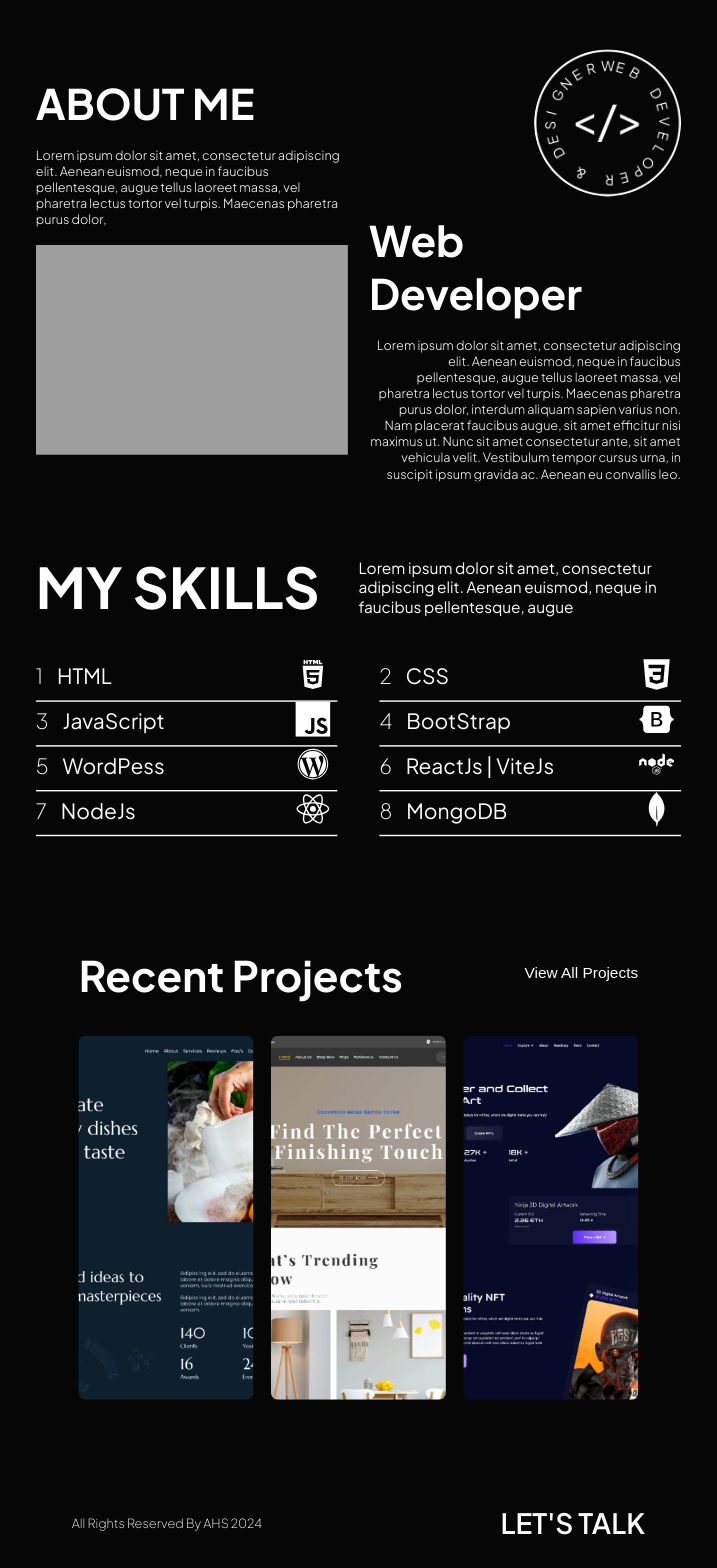
Repository: AliHassan02-Dev/PORTFOLIO
Page: / (app in Front-end/)
The author's editor kept a copy of each file at every save. The page is drawn from the files as they stood at one save, then again after a run of saves.
The browser window is 1024 px wide. The pictures show the part of the page from y = 1122 to 3362 px (the page is 3362 px tall before and 3336 px after), at 70% of full size.
Pictures or frames that could not be fetched are drawn as grey boxes. The project was rebuilt for these pictures with package versions that can differ from the ones it lists, and the page was loaded fresh each time. Also part of the build but not shown: Front-end/vite.config.js, Front-end/src/Pages/Projects.jsx, Front-end/src/Pages/AllProjects.jsx, Front-end/src/Components/ProjectPreview.jsx.

Above is the page before, as saved 2024-08-24 07:34:45.

After the next 2 saves:
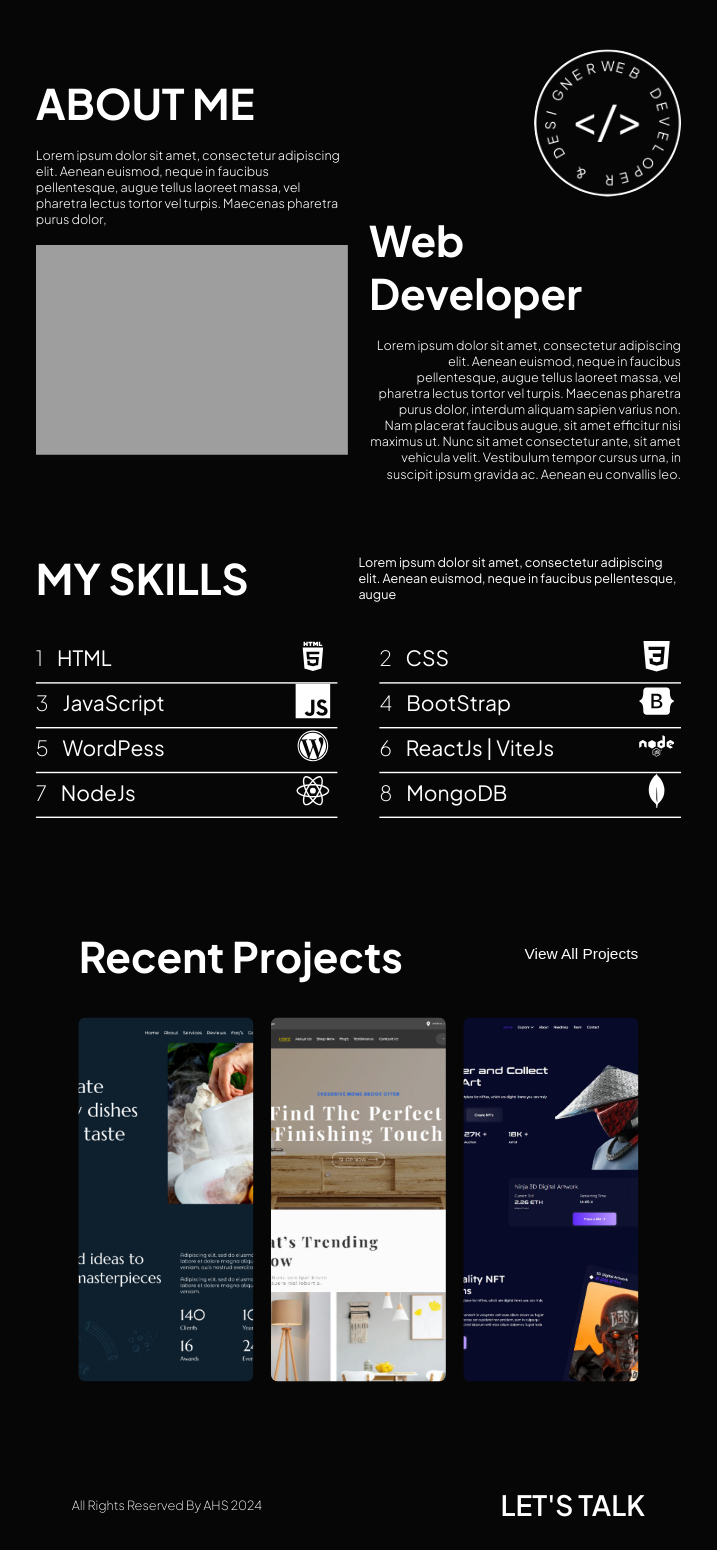
The 2 saves are shown as one change because they came seconds apart.
The last was saved 35 s later.
--- a/Front-end/src/App.css
+++ b/Front-end/src/App.css
@@ -474,18 +474,13 @@ body {
     margin: 100px auto;
   }
 
-  .mainWrapper .skillsContainer .top .left,
-  .mainWrapper .skillsContainer .top .right {
-    flex: 1;
-  }
-
   .mainWrapper .skillsContainer .top .left h2 {
-    font-size: 80px;
+    font-size: 60px;
     font-weight: bold;
     color: white;
   }
   .mainWrapper .skillsContainer .top .right p {
-    font-size: 22px;
+    font-size: 18px;
   }
 
   .mainWrapper .skillsContainer .bottom {
